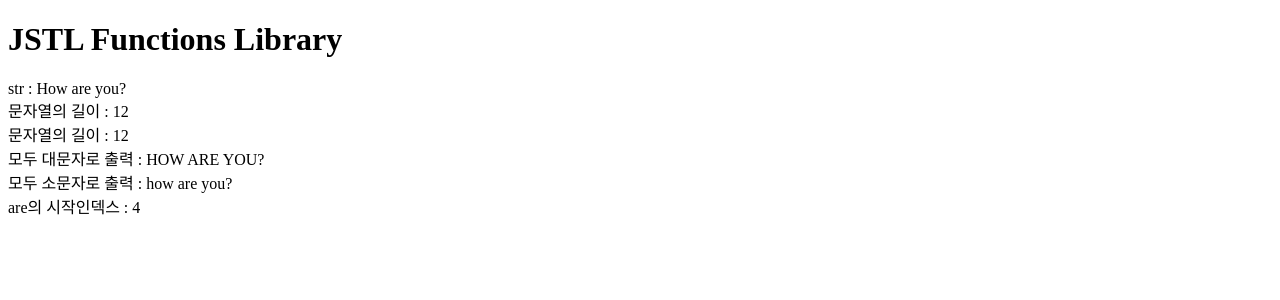
Repository: Young-27/DailyStudy
Page: http://localhost/actionProject/views/3_customAction/03_fn.jsp
An editor plug-in stored every save of this project. The page is shown before and after the next save, followed by the edit.
The browser window is 1280 px wide. The pictures show the whole page.
The page is served by Tomcat 9.

Above is the page before, as saved 2021-06-18 08:03:36.

After the next save:
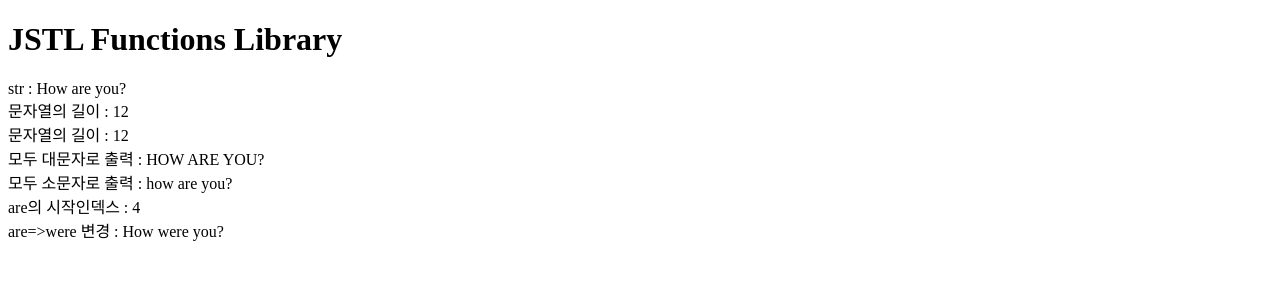
Saved 2 min 28 s later.
--- a/Server/web-workspace2/actionProject/WebContent/views/3_customAction/03_fn.jsp
+++ b/Server/web-workspace2/actionProject/WebContent/views/3_customAction/03_fn.jsp
@@ -23,5 +23,7 @@
 
 	are의 시작인덱스 : ${ fn:indexOf(str, "are") } <br>
 
+	are=>were 변경 : ${ fn:replace(str, 'are', 'were') } <br>
+
 </body>
 </html>
